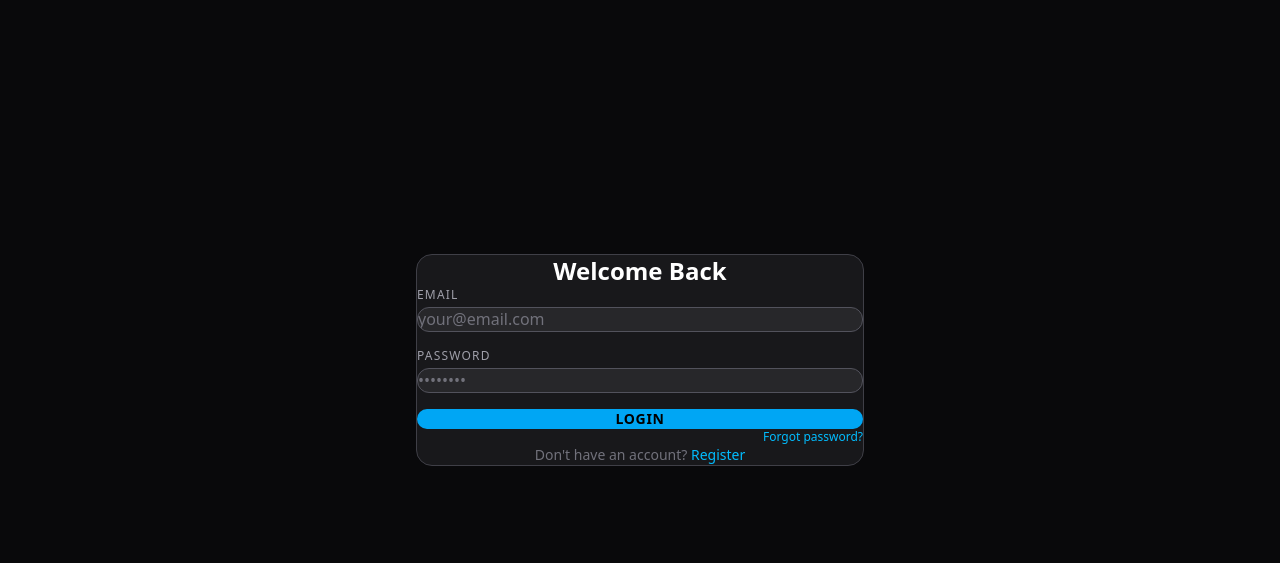
Repository: ridhukhan/timewrapfrontend
Page: /
The author's editor kept a copy of each file at every save. The page is drawn from the files as they stood at one save, then again after the next save.
The browser window is 1280 px wide. The pictures show the whole page.
The page's requests for data from a server got no answer. The project was rebuilt for these pictures with package versions that can differ from the ones it lists, and the page was loaded fresh each time. No one was signed in, and anything a server would have sent is missing. Also part of the build but not shown: vite.config.js, src/pages/Register.jsx, src/components/EditProfileModal.jsx, src/components/PostCard.jsx, src/components/FollowButton.jsx, src/components/FollowListModal.jsx, src/pages/Profile.jsx, src/components/InboxDrawer.jsx and 7 more.

Above is the page before, as saved 2026-04-14 10:53:27.

After the next save:
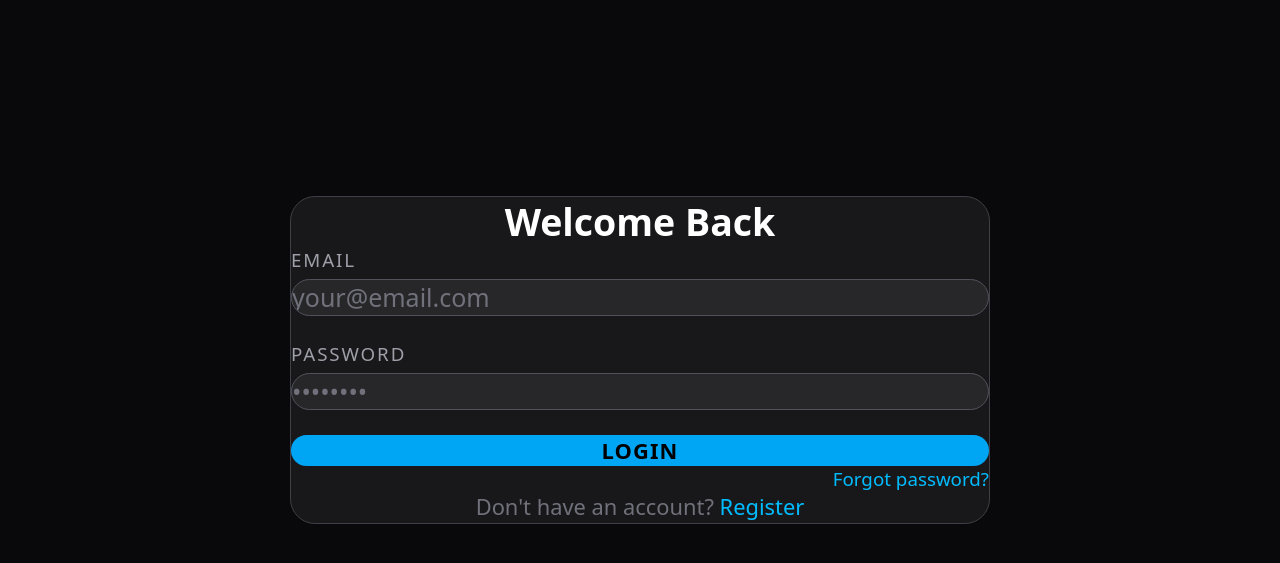
Saved 101 s later.
--- a/src/index.css
+++ b/src/index.css
@@ -7,7 +7,7 @@
 }
 
 html {
-  font-size: 16px;
+  font-size: 25px;
 }
 
 html, body, #root {
@@ -21,7 +21,7 @@ html, body, #root {
 }
 
 input, textarea, select {
-  font-size: 16px !important;
+  font-size: 25px !important;
 }
 
 img {
